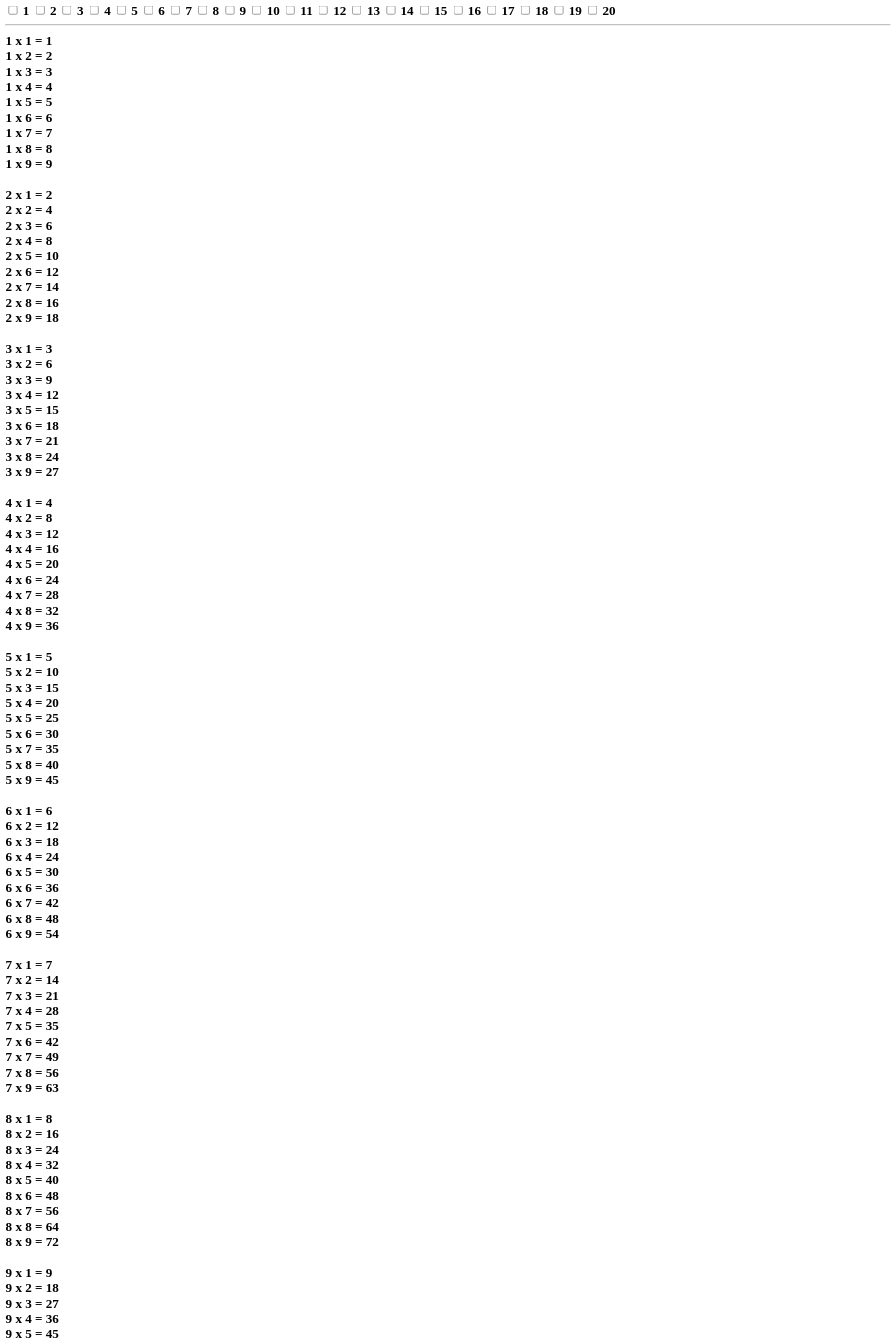
Repository: hyejux/jsp
Page: http://localhost/JSPBasic/jspTag/script02.jsp
The author's editor kept a copy of each file at every save. The page is drawn from the files as they stood at one save, then again after the next save.
The browser window is 1280 px wide. The pictures show the part of the page from y = 477 to 2397 px (the page is 2522 px tall before and 2567 px after), at 70% of full size.
The page is served by Tomcat 10. Other server files are loaded and not shown.

Above is the page before, as saved 2024-06-25 02:19:25.

### JSPBasic/src/main/webapp/jspTag/script02.jsp
<%@ page language="java" contentType="text/html; charset=UTF-8"
    pageEncoding="UTF-8"%>
<!DOCTYPE html>
<html>
<head>
<meta charset="UTF-8">
<title>Insert title here</title>
</head>
<body>


	<h3> 구구단 3단을 out.println </h3>

	<%
		for (int i = 1; i<=9; i++){
			out.println(3 + "x" + i + "=" + i*3 + "<br>");
		}
	%>


		<% for (int i = 1; i<=9; i++){ %>
			3  x <%= i  %> = <%= i*3 %> <br>
		<% } %>

	<br><hr>


	<h3> 체크박스에 1~20 숫자 <h3>

	<% for (int i = 1; i<=20; i++) { %>
	<input type="checkbox"> <%= i %>
	 <% } %>

	 <br><hr>

	 <% for (int i = 1; i<=9; i++) { %>
	 <% for (int j = 1; j<=9; j++) { %>
	<%= i %> x <%= j %> = <%= i*j %><br>
	 <% } %>
	 <br>
	 <% } %>



</body>
</html>

After the next save:
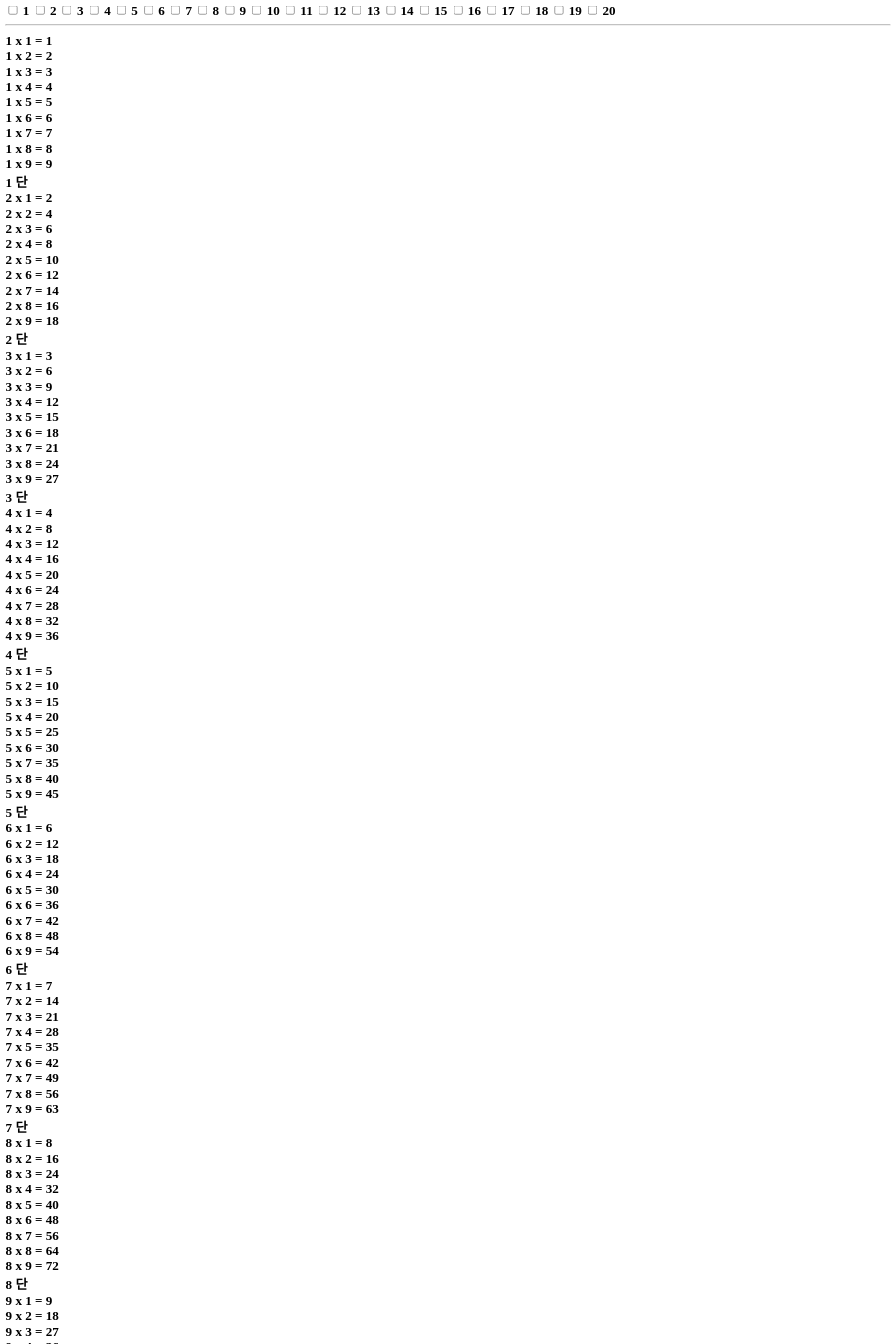
Saved 58 s later.
--- a/JSPBasic/src/main/webapp/jspTag/script02.jsp
+++ b/JSPBasic/src/main/webapp/jspTag/script02.jsp
@@ -37,7 +37,7 @@
 	 <% for (int j = 1; j<=9; j++) { %>
 	<%= i %> x <%= j %> = <%= i*j %><br>
 	 <% } %>
-	 <br>
+	 <div> <%= i  %> 단</div>
 	 <% } %>
 
 
